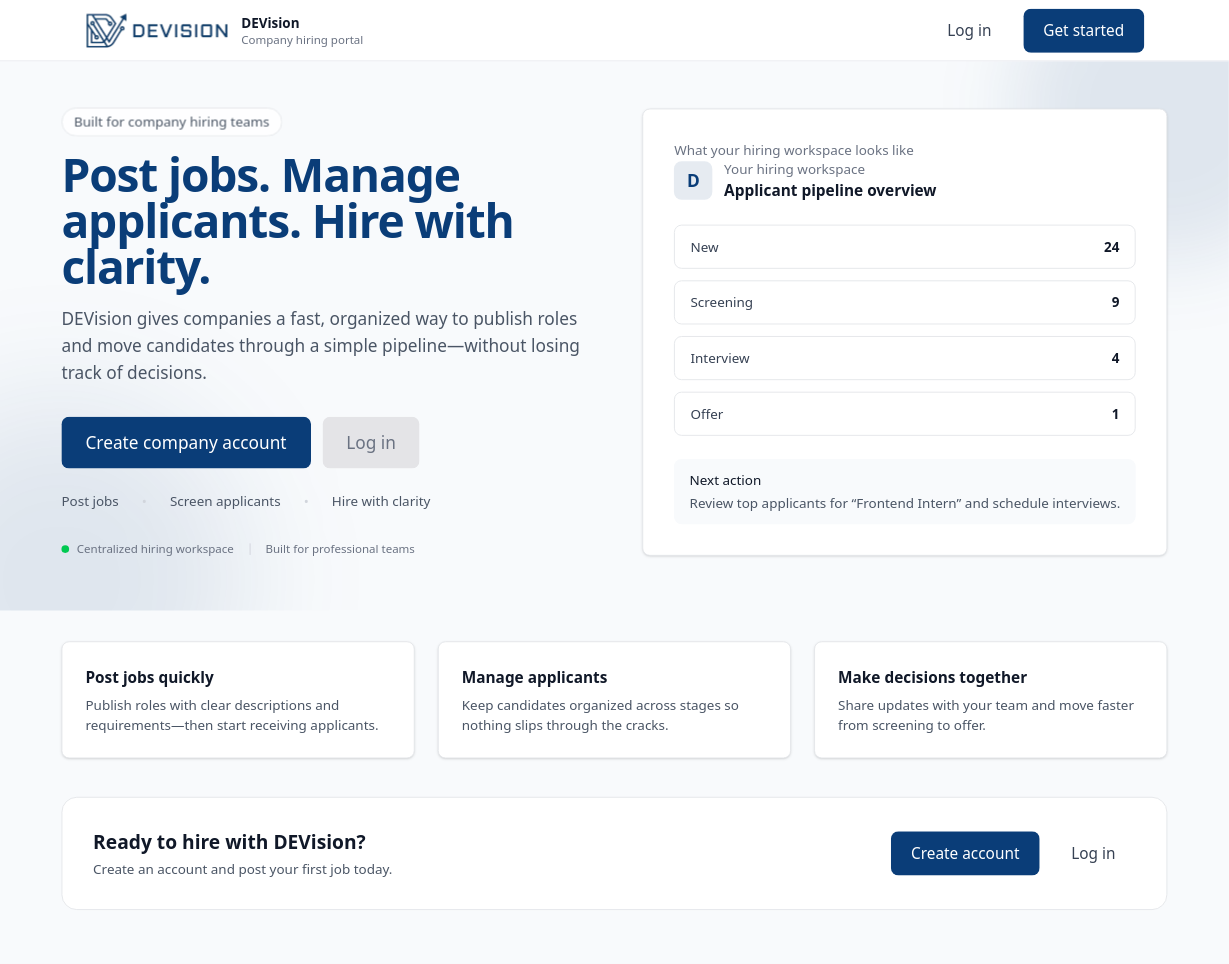
Repository: ISYS3461-2025C-Mulan-DEVision/JobManager_FE
Page: /
These files come from the project's save history. The page is drawn as it stood at one moment and after the next save; the edit follows.
The browser window is 1280 px wide. The pictures show the whole page, at 96% of full size.
The project was rebuilt for these pictures with package versions that can differ from the ones it lists, and the page was loaded fresh each time. Also part of the build but not shown: vite.config.js, src/components/ui/Input/Input.tsx, src/components/ui/Spinner/Spinner.tsx, src/components/ui/Alert/Alert.tsx, src/components/ui/GoogleLogo/GoogleLogo.tsx, src/components/headless/Form/Form.tsx, src/components/headless/Form/index.ts, src/components/headless/Table/useTable.ts and 18 more.

Above is the page before, as saved 2025-12-12 15:53:24.

### index.html
<!doctype html>
<html lang="en">
  <head>
    <meta charset="UTF-8" />
    <link rel="icon" type="image/svg+xml" href="/logo/logo-icon.png" />
    <meta name="viewport" content="width=device-width, initial-scale=1.0" />
    <title>jobmanager-fe</title>
  </head>
  <body>
    <div id="root"></div>
    <script type="module" src="/src/main.jsx"></script>
  </body>
</html>

### src/main.tsx
import React, { StrictMode } from "react";
import { createRoot } from "react-dom/client";
import "./index.css";
import { BrowserRouter } from "react-router-dom";
import App from "./App.js";
import { Provider } from "react-redux";
import store from "./store/index.js";

const container = document.getElementById("root")!;
if (!container) {
    throw new Error("Root container not found");
} else {
    createRoot(container).render(
        <StrictMode>
            <Provider store={store}>
                <BrowserRouter>
                    <App />
                </BrowserRouter>
            </Provider>
        </StrictMode>,
    );
}

### src/index.css
@import "tailwindcss";

@theme {
  --color-heading: #0A3D78;
  --color-dark-blue: #1E293B;
  --color-background: #F8FAFC;
  --color-filled-button: #0A3D78;
}

html,
body {
    height: 100%;
}

:root {
    font-family: system-ui, -apple-system, Segoe UI, Roboto, Helvetica, Arial, sans-serif;
    line-height: 1.5;
    font-weight: 400;
    font-synthesis: none;
    text-rendering: optimizeLegibility;
    -webkit-font-smoothing: antialiased;
    -moz-osx-font-smoothing: grayscale;
}

body {
    margin: 0;
    min-width: 320px;
    min-height: 100vh;
    background: var(--color-background-color);
    color: #0f172a;
}


/* button {
    border-radius: 8px;
    border: 1px solid transparent;
    padding: 0.6em 1.2em;
    font-size: 1em;
    font-weight: 500;
    font-family: inherit;
    background-color: #1a1a1a;
    cursor: pointer;
    transition: border-color 0.25s;
}
button:hover {
    border-color: #646cff;
}
button:focus,
button:focus-visible {
    outline: 4px auto -webkit-focus-ring-color;
} */

### src/App.tsx
import { Routes, Route } from "react-router-dom";
import Home from "./pages/Home";
import LoginPage from "./pages/LoginPage";
import RegistrationPage from "./pages/RegistrationPage";
import AppHeader from "./components/common/AppHeader";

function App() {
    return (
        <div className="min-h-screen bg-background">
            <AppHeader />
            <main>
                <Routes>
                    <Route path="/" element={<Home />} />
                    <Route path="/login" element={<LoginPage />} />
                    <Route path="/register" element={<RegistrationPage />} />
                </Routes>
            </main>
        </div>
    );
}

export default App;

### src/store/index.ts
import configureStore from "./configureStore";
const store = configureStore();
export default store;

### src/pages/Home.tsx
import { Link } from "react-router-dom";
import { Button, Card } from "../components/ui";

export default function Home() {
    return (
        <div className="bg-background">
            <section className="relative overflow-hidden px-6 pt-12 pb-14">
                <div className="pointer-events-none absolute inset-0">
                    <div className="absolute -top-28 right-[-6rem] h-80 w-80 rounded-full bg-filled-button/10 blur-2xl" />
                    <div className="absolute -bottom-40 left-[-8rem] h-96 w-96 rounded-full bg-filled-button/10 blur-3xl" />
                </div>

                <div className="relative mx-auto max-w-6xl">
                    <div className="grid gap-10 lg:grid-cols-2 lg:items-center">
                        <div>
                            <p className="inline-flex items-center rounded-full border border-gray-200 bg-white/80 px-3 py-1 text-sm text-gray-600 backdrop-blur">
                                Built for company hiring teams
                            </p>
                            <h1 className="mt-4 text-4xl font-bold tracking-tight text-heading sm:text-5xl">
                                Post jobs. Manage applicants. Hire with clarity.
                            </h1>
                            <p className="mt-4 text-lg text-gray-600">
                                DEVision gives companies a fast, organized way to publish roles and move candidates through a simple
                                pipeline—without losing track of decisions.
                            </p>

                            <div className="mt-8 flex flex-col gap-3 sm:flex-row sm:items-center">
                                <Link to="/register" className="inline-flex">
                                    <Button size="lg">Create company account</Button>
                                </Link>
                                <Link to="/login" className="inline-flex">
                                    <Button variant="secondary" size="lg">
                                        Log in
                                    </Button>
                                </Link>
                            </div>

                            <div className="mt-6 flex flex-wrap gap-x-6 gap-y-2 text-sm text-gray-600">
                                <span>Post jobs</span>
                                <span className="text-gray-300">•</span>
                                <span>Screen applicants</span>
                                <span className="text-gray-300">•</span>
                                <span>Hire with clarity</span>
                            </div>

                            <div className="mt-8 flex items-center gap-4 text-xs text-gray-500">
                                <div className="flex items-center gap-2">
                                    <span className="inline-block h-2 w-2 rounded-full bg-green-500" />
                                    <span>Centralized hiring workspace</span>
                                </div>
                                <div className="hidden h-3 w-px bg-gray-300 sm:block" />
                                <div className="hidden sm:block">Built for professional teams</div>
                            </div>
                        </div>

                        <div className="lg:justify-self-end">
                            <Card className="p-6 sm:p-8">
                                <div className="text-sm text-gray-500">What your hiring workspace looks like</div>
                                <div className="flex items-center gap-3">
                                    <div className="flex h-10 w-10 items-center justify-center rounded-lg bg-filled-button/10 text-heading">
                                        <span className="text-lg font-semibold">D</span>
                                    </div>
                                    <div>
                                        <div className="text-sm text-gray-500">Your hiring workspace</div>
                                        <div className="text-base font-semibold text-gray-900">Applicant pipeline overview</div>
                                    </div>
                                </div>

                                <div className="mt-6 grid gap-3">
                                    {[
                                        { label: "New", value: "24" },
                                        { label: "Screening", value: "9" },
                                        { label: "Interview", value: "4" },
                                        { label: "Offer", value: "1" },
                                    ].map((item) => (
                                        <div
                                            key={item.label}
                                            className="flex items-center justify-between rounded-lg border border-gray-200 bg-white px-4 py-3"
                                        >
                                            <div className="text-sm font-medium text-gray-700">{item.label}</div>
                                            <div className="text-sm font-semibold text-gray-900">{item.value}</div>
                                        </div>
                                    ))}
                                </div>

                                <div className="mt-6 rounded-lg bg-background px-4 py-3">
                                    <div className="text-sm font-medium text-gray-900">Next action</div>
                                    <div className="mt-1 text-sm text-gray-600">
                                        Review top applicants for “Frontend Intern” and schedule interviews.
                                    </div>
                                </div>
                            </Card>
                        </div>
                    </div>
                </div>
            </section>

            <section className="px-6 pb-14 py-8">
                <div className="mx-auto max-w-6xl">
                    <div className="grid gap-6 md:grid-cols-3">
                        <Card className="p-6">
                            <div className="text-base font-semibold text-gray-900">Post jobs quickly</div>
                            <p className="mt-2 text-sm text-gray-600">
                                Publish roles with clear descriptions and requirements—then start receiving applicants.
                            </p>
                        </Card>
                        <Card className="p-6">
                            <div className="text-base font-semibold text-gray-900">Manage applicants</div>
                            <p className="mt-2 text-sm text-gray-600">
                                Keep candidates organized across stages so nothing slips through the cracks.
                            </p>
                        </Card>
                        <Card className="p-6">
                            <div className="text-base font-semibold text-gray-900">Make decisions together</div>
                            <p className="mt-2 text-sm text-gray-600">
                                Share updates with your team and move faster from screening to offer.
                            </p>
                        </Card>
                    </div>

                    <div className="mt-10 rounded-2xl border border-gray-200 bg-white p-6 sm:p-8">
                        <div className="flex flex-col gap-4 sm:flex-row sm:items-center sm:justify-between">
                            <div>
                                <div className="text-xl font-semibold text-gray-900">Ready to hire with DEVision?</div>
                                <div className="mt-1 text-sm text-gray-600">Create an account and post your first job today.</div>
                            </div>
                            <div className="flex flex-col gap-3 sm:flex-row">
                                <Link to="/register" className="inline-flex">
                                    <Button>Create account</Button>
                                </Link>
                                <Link to="/login" className="inline-flex">
                                    <Button variant="ghost">Log in</Button>
                                </Link>
                            </div>
                        </div>
                    </div>
                </div>
            </section>
        </div>
    );
}

### src/components/common/AppHeader.tsx
import { Link, useLocation } from "react-router-dom";
import { Button } from "../ui";

type AppHeaderProps = {
    className?: string;
};

export default function AppHeader({ className }: AppHeaderProps) {
    const location = useLocation();

    const pathname = location.pathname;
    const onLogin = pathname === "/login";
    const onRegister = pathname === "/register";

    return (
        <header className={className ?? ""}>
            <div className="h-16 border-b border-gray-200 bg-white">
                <div className="mx-auto flex h-full max-w-6xl items-center justify-between px-6">
                    <Link to="/" className="flex items-center gap-3">
                        <img src="/logo/logo.png" alt="DEVision" className="h-9 w-auto" />
                        <div className="leading-tight">
                            <div className="text-sm font-semibold text-gray-900">DEVision</div>
                            <div className="text-xs text-gray-500">Company hiring portal</div>
                        </div>
                    </Link>

                    <nav className="flex items-center gap-3">
                        {!onLogin && (
                            <Link to="/login" className="inline-flex">
                                <Button variant="ghost">Log in</Button>
                            </Link>
                        )}
                        {!onRegister && (
                            <Link to="/register" className="inline-flex">
                                <Button>Get started</Button>
                            </Link>
                        )}
                    </nav>
                </div>
            </div>
        </header>
    );
}

### src/store/configureStore.ts
import { createStore, applyMiddleware, Store } from "redux";
import { createLogger } from "redux-logger";
import createSagaMiddleware from "redux-saga";
import { enableBatching } from "redux-batched-actions";
import createReducer from "./reducers";
import rootSaga from "./saga";

const configureStore = (initialState = {}): Store => {
    const rootReducer = createReducer();
    const sagaMiddleware = createSagaMiddleware();

    const middlewares = [sagaMiddleware];

    const isDev = import.meta.env.VITE_NODE_ENV === "development";

    if (isDev) {
        const loggerMiddleware = createLogger({
            collapsed: () => true,
        });
        (middlewares as any[]).push(loggerMiddleware);
    }

    const store = createStore(
        enableBatching(rootReducer),
        initialState,
        applyMiddleware(...middlewares),
    );

    sagaMiddleware.run(rootSaga);

    return store;
};

export default configureStore;

### src/components/ui/index.ts
// UI Components - Presentational components with styling
export * from "./Button";
export * from "./Input";
export * from "./Card";
export * from "./Spinner";
export * from "./Alert";
export * from "./GoogleLogo";

### src/store/reducers.ts
import { combineReducers } from "redux";
import { reducers } from "../redux";
import _ from "lodash";

const appReducer = combineReducers(reducers);
export default function createReducer() {
    const rootReducer = (state, action) => {
        if (action.type === "FORCE_UPDATE_GLOBAL_STATE") {
            return appReducer(_.cloneDeep(action.payload), action as never);
        }
        return appReducer(state, action as never);
    };

    return rootReducer;
}

### src/store/saga.ts
import { all, fork } from "redux-saga/effects";
import { sagas } from "../redux";

export default function* rootSaga() {
    yield all([...Object.values(sagas)].map(fork));
}

### src/components/ui/Button/index.ts
export { Button } from "./Button";
export type { ButtonProps } from "./Button";

### src/components/ui/Input/index.ts
export { Input } from "./Input";
export type { InputProps } from "./Input";

### src/components/ui/Card/index.ts
export { Card, CardHeader, CardBody, CardFooter } from "./Card";
export type { CardProps } from "./Card";

### src/components/ui/Spinner/index.ts
export { Spinner } from "./Spinner";
export type { SpinnerProps } from "./Spinner";

### src/components/ui/Alert/index.ts
export { Alert } from "./Alert";
export type { AlertProps } from "./Alert";

### src/components/ui/GoogleLogo/index.ts
export { GoogleLogo } from "./GoogleLogo";
export type { GoogleLogoProps } from "./GoogleLogo";

### src/redux/index.ts
const loadModules = (modules: Record<string, any>, hasDefault = false) =>
    Object.entries(modules).map(([path, mod]) => {
        const parts = path.split("/");
        return {
            name: parts.at(-1)!.replace(".js", "").toUpperCase(),
            key: parts.at(-2)!,
            data: hasDefault ? mod.default : mod,
        };
    });

const rawActions = loadModules(
    import.meta.glob("./**/actions.ts", { eager: true }),
    true,
);

const rawTypes = loadModules(
    import.meta.glob("./**/types.ts", { eager: true }),
    false,
);

const rawReducers = loadModules(
    import.meta.glob("./**/reducer.ts", { eager: true }),
    true,
);

const rawSagas = loadModules(
    import.meta.glob("./**/saga.ts", { eager: true }),
    false,
);

// Final exports
export const actions = rawActions.reduce((p, e) => ({ ...p, ...e.data }), {});
export const types = rawTypes.reduce((p, e) => ({ ...p, ...e.data }), {});
export const reducers = rawReducers.reduce(
    (p, e) => ({ ...p, [e.key]: e.data }),
    {},
);
export const sagas = rawSagas.reduce((p, e) => ({ ...p, ...e.data }), {});

### src/components/ui/Card/Card.tsx
import React from "react";
import clsx from "clsx";

export interface CardProps {
  children: React.ReactNode;
  className?: string;
  padding?: "none" | "sm" | "md" | "lg";
  hover?: boolean;
}

export const Card: React.FC<CardProps> = ({
  children,
  className,
  padding = "md",
  hover = false,
}) => {
  const paddingStyles = {
    none: "",
    sm: "p-3",
    md: "p-4",
    lg: "p-6",
  };

  return (
    <div
      className={clsx(
        "bg-white rounded-lg border border-gray-200 shadow-sm",
        paddingStyles[padding],
        hover && "hover:shadow-md transition-shadow cursor-pointer",
        className
      )}
    >
      {children}
    </div>
  );
};

export const CardHeader: React.FC<{
  children: React.ReactNode;
  className?: string;
}> = ({ children, className }) => (
  <div className={clsx("border-b border-gray-200 pb-3 mb-3", className)}>
    {children}
  </div>
);

export const CardBody: React.FC<{
  children: React.ReactNode;
  className?: string;
}> = ({ children, className }) => <div className={className}>{children}</div>;

export const CardFooter: React.FC<{
  children: React.ReactNode;
  className?: string;
}> = ({ children, className }) => (
  <div className={clsx("border-t border-gray-200 pt-3 mt-3", className)}>
    {children}
  </div>
);

### src/redux/app/actions.ts
import * as types from "./type";

const setLoading = (payload: boolean) => ({ type: types.SET_LOADING, payload });
const setError = (payload: string | null) => ({
    type: types.SET_ERROR,
    payload,
});
const setInitialized = (payload: boolean) => ({
    type: types.SET_INITIALIZED,
    payload,
});
const reset = () => ({ type: types.RESET });

const toggleLoadingAsync = (payload: boolean) => ({
    type: types.TOGGLE_LOADING_ASYNC,
    payload,
});

export default {
    setLoading,
    setError,
    setInitialized,
    reset,
    toggleLoadingAsync,
};

### src/redux/app/reducer.ts
import * as types from "./type";
export interface AppState {
    loading: boolean;
    error: string | null;
    initialized?: boolean;
    test: string;
}

const INITIAL_STATE: AppState = {
    loading: true,
    error: null,
    initialized: false,
    test: "test",
};

type Action = { type: string; payload?: any };

export default function appReducer(
    state: AppState = INITIAL_STATE,
    action: Action,
): AppState {
    switch (action.type) {
        case types.SET_LOADING:
            return { ...state, loading: !!action.payload };
        case types.SET_ERROR:
            return { ...state, error: action.payload ?? null, loading: false };
        case types.SET_INITIALIZED:
            return { ...state, initialized: !!action.payload };
        case types.RESET:
            return { ...INITIAL_STATE };
        default:
            return state;
    }
}

### src/redux/app/saga.ts
import { takeEvery, put, delay } from "redux-saga/effects";
import * as types from "./type";
import actions from "./actions";

function* handleToggleLoading(action: any) {
    yield delay(300);
    yield put(actions.setLoading(action.payload));
}

export function* watchToggleLoading() {
    yield takeEvery(types.TOGGLE_LOADING_ASYNC, handleToggleLoading);
}

### src/redux/app/type.ts
const prefix = "APP/";

export const SET_LOADING = `${prefix}SET_LOADING`;
export const SET_ERROR = `${prefix}SET_ERROR`;
export const SET_INITIALIZED = `${prefix}SET_INITIALIZED`;
export const RESET = `${prefix}RESET`;

// test async action
export const TOGGLE_LOADING_ASYNC = `${prefix}TOGGLE_LOADING_ASYNC`;

Loaded but not shown: src/components/ui/Button/Button.tsx (81 lines, source omitted)

After the next save:
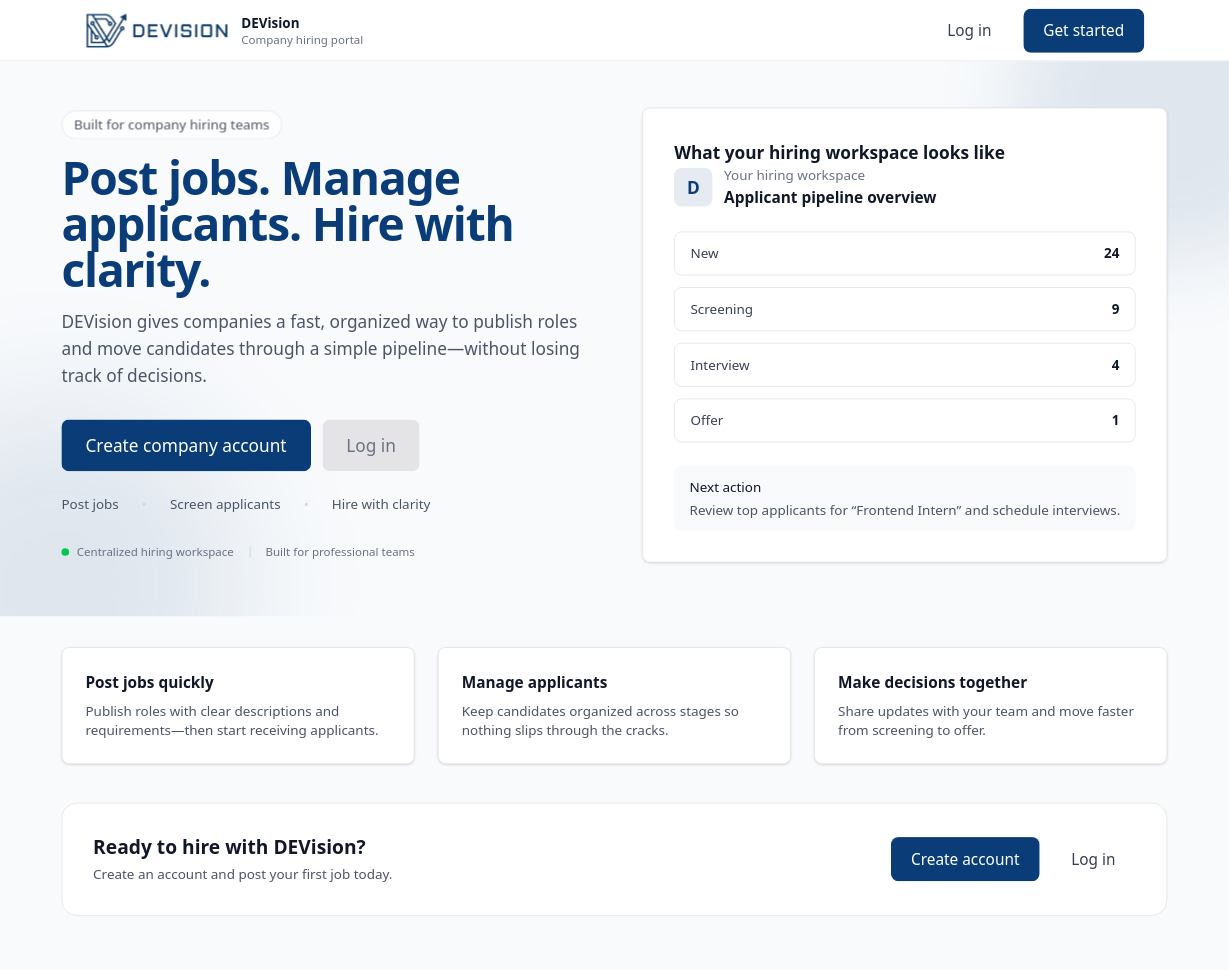
Saved 17 s later.
--- a/src/pages/Home.tsx
+++ b/src/pages/Home.tsx
@@ -55,7 +55,7 @@ export default function Home() {
 
                         <div className="lg:justify-self-end">
                             <Card className="p-6 sm:p-8">
-                                <div className="text-sm text-gray-500">What your hiring workspace looks like</div>
+                                <div className="text-lg text-gray-900 font-bold">What your hiring workspace looks like</div>
                                 <div className="flex items-center gap-3">
                                     <div className="flex h-10 w-10 items-center justify-center rounded-lg bg-filled-button/10 text-heading">
                                         <span className="text-lg font-semibold">D</span>
